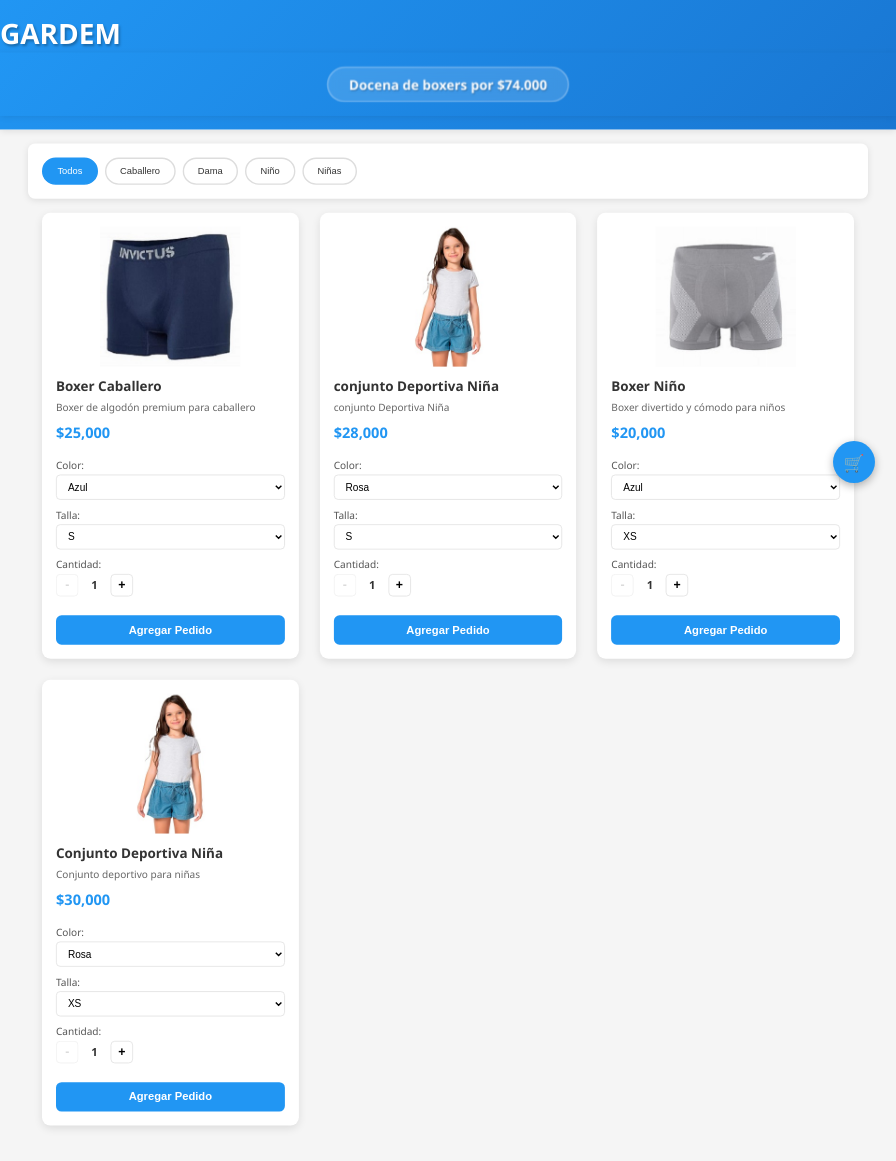
Repository: dasalgar123/gardem_react
Page: /
These files come from the project's save history. The page is drawn as it stood at one moment and after the next save; the edit follows.
The browser window is 1280 px wide. The pictures show the part of the page from y = 0 to 1920 px (the page is 1658 px tall before and 2992 px after), at 70% of full size.
The project was rebuilt for these pictures with package versions that can differ from the ones it lists, and the page was loaded fresh each time.

Above is the page before, as saved 2025-08-02 18:51:41.

After the next save:
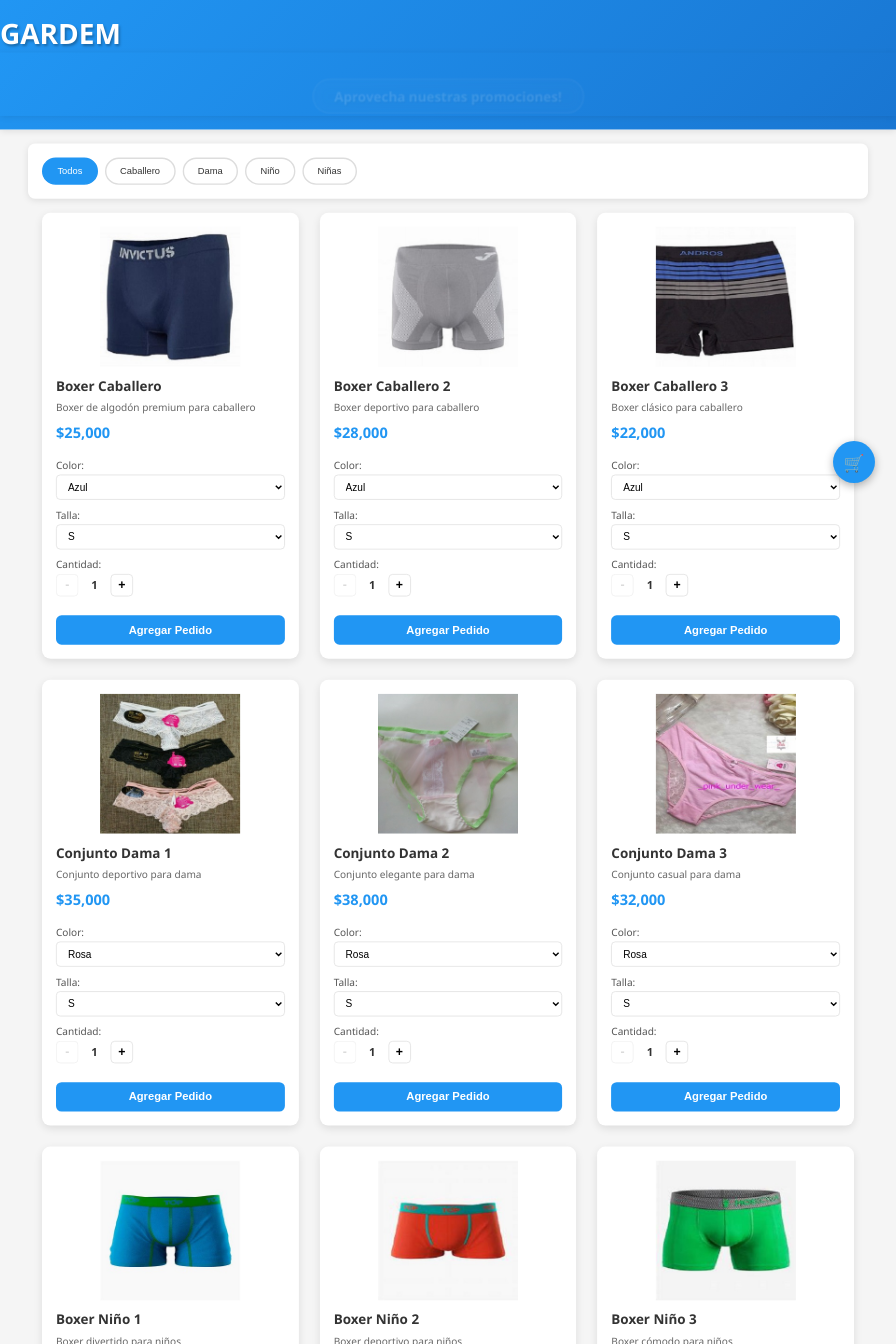
Saved 2 min 25 s later.
--- a/src/App.js
+++ b/src/App.js
@@ -30,31 +30,111 @@
       },
       {
         id: 2,
-        nombre: "conjunto Deportiva Niña",
-        descripcion: "conjunto Deportiva Niña",
+        nombre: "Boxer Caballero 2",
+        descripcion: "Boxer deportivo para caballero",
         precio: 28000,
+        categoria: "caballero",
+        imagen: "/img/Caballeros/boxer1_2.jpeg",
+        colores: ["Azul", "Rojo", "Verde", "Negro"],
+        tallas: ["S", "M", "L", "XL"]
+      },
+      {
+        id: 3,
+        nombre: "Boxer Caballero 3",
+        descripcion: "Boxer clásico para caballero",
+        precio: 22000,
+        categoria: "caballero",
+        imagen: "/img/Caballeros/boxer1_3.jpeg",
+        colores: ["Azul", "Rojo", "Verde", "Negro"],
+        tallas: ["S", "M", "L", "XL"]
+      },
+      {
+        id: 4,
+        nombre: "Conjunto Dama 1",
+        descripcion: "Conjunto deportivo para dama",
+        precio: 35000,
         categoria: "dama",
-        imagen: "/img/Niñas/nina2.jpg",
+        imagen: "/img/Damas/damas1.jpg",
         colores: ["Rosa", "Azul", "Negro", "Blanco"],
         tallas: ["S", "M", "L"]
       },
       {
-        id: 3,
-        nombre: "Boxer Niño",
-        descripcion: "Boxer divertido y cómodo para niños",
+        id: 5,
+        nombre: "Conjunto Dama 2",
+        descripcion: "Conjunto elegante para dama",
+        precio: 38000,
+        categoria: "dama",
+        imagen: "/img/Damas/damas2.jpg",
+        colores: ["Rosa", "Azul", "Negro", "Blanco"],
+        tallas: ["S", "M", "L"]
+      },
+      {
+        id: 6,
+        nombre: "Conjunto Dama 3",
+        descripcion: "Conjunto casual para dama",
+        precio: 32000,
+        categoria: "dama",
+        imagen: "/img/Damas/damas3.jpeg",
+        colores: ["Rosa", "Azul", "Negro", "Blanco"],
+        tallas: ["S", "M", "L"]
+      },
+      {
+        id: 7,
+        nombre: "Boxer Niño 1",
+        descripcion: "Boxer divertido para niños",
         precio: 20000,
         categoria: "nino",
-        imagen: "/img/Caballeros/boxer1_2.jpeg",
+        imagen: "/img/Niños/boxer3_1.jpeg",
         colores: ["Azul", "Rojo", "Verde", "Amarillo"],
         tallas: ["XS", "S", "M", "L"]
       },
       {
-        id: 4,
-        nombre: "Conjunto Deportiva Niña",
+        id: 8,
+        nombre: "Boxer Niño 2",
+        descripcion: "Boxer deportivo para niños",
+        precio: 22000,
+        categoria: "nino",
+        imagen: "/img/Niños/boxer3_2.jpeg",
+        colores: ["Azul", "Rojo", "Verde", "Amarillo"],
+        tallas: ["XS", "S", "M", "L"]
+      },
+      {
+        id: 9,
+        nombre: "Boxer Niño 3",
+        descripcion: "Boxer cómodo para niños",
+        precio: 18000,
+        categoria: "nino",
+        imagen: "/img/Niños/boxer3_3.jpeg",
+        colores: ["Azul", "Rojo", "Verde", "Amarillo"],
+        tallas: ["XS", "S", "M", "L"]
+      },
+      {
+        id: 10,
+        nombre: "Conjunto Niña 1",
         descripcion: "Conjunto deportivo para niñas",
         precio: 30000,
         categoria: "ninas",
         imagen: "/img/Niñas/nina2.jpg",
+        colores: ["Rosa", "Azul", "Negro", "Blanco"],
+        tallas: ["XS", "S", "M", "L"]
+      },
+      {
+        id: 11,
+        nombre: "Conjunto Niña 2",
+        descripcion: "Conjunto elegante para niñas",
+        precio: 32000,
+        categoria: "ninas",
+        imagen: "/img/Niñas/niña1.jpg",
+        colores: ["Rosa", "Azul", "Negro", "Blanco"],
+        tallas: ["XS", "S", "M", "L"]
+      },
+      {
+        id: 12,
+        nombre: "Conjunto Niña 3",
+        descripcion: "Conjunto casual para niñas",
+        precio: 28000,
+        categoria: "ninas",
+        imagen: "/img/Niñas/niña3.jpeg",
         colores: ["Rosa", "Azul", "Negro", "Blanco"],
         tallas: ["XS", "S", "M", "L"]
       }
